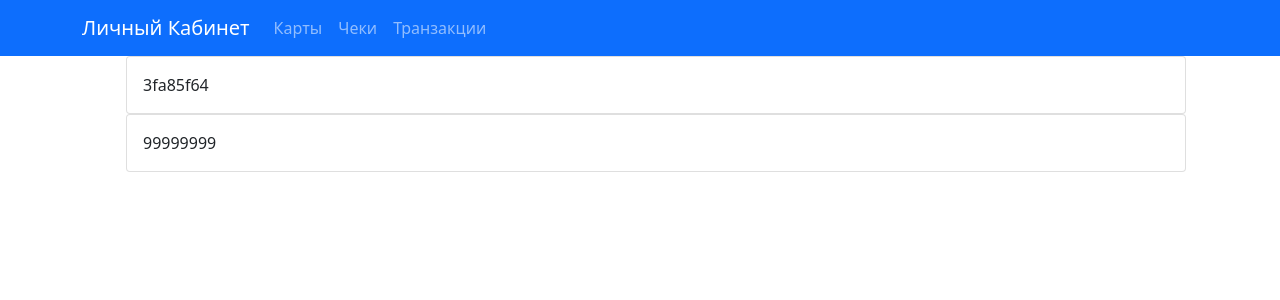
Repository: PGVlasov/cardTask
Page: /
These files come from the project's save history. The page is drawn as it stood at one moment and after the next save; the edit follows.
The browser window is 1280 px wide. The pictures show the whole page.
The project was rebuilt for these pictures with package versions that can differ from the ones it lists, and the page was loaded fresh each time. Also part of the build but not shown: src/pages/CheckPage.js, src/pages/TransactionsPage.js.

Above is the page before, as saved 2022-06-03 14:31:31.

After the next save:
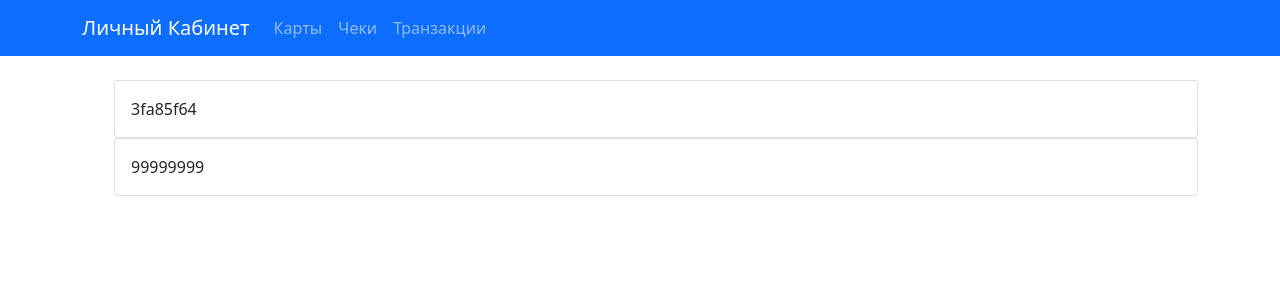
Saved 5 min 33 s later.
--- a/src/components/cards/CardList.js
+++ b/src/components/cards/CardList.js
@@ -36,7 +36,7 @@ export const CardList = () => {
   ];
 
   return (
-    <div className="container">
+    <div className="mt-4 mb-2">
       <ul>
         {cards.map((card) => {
           return <CadrItem card={card} />;
